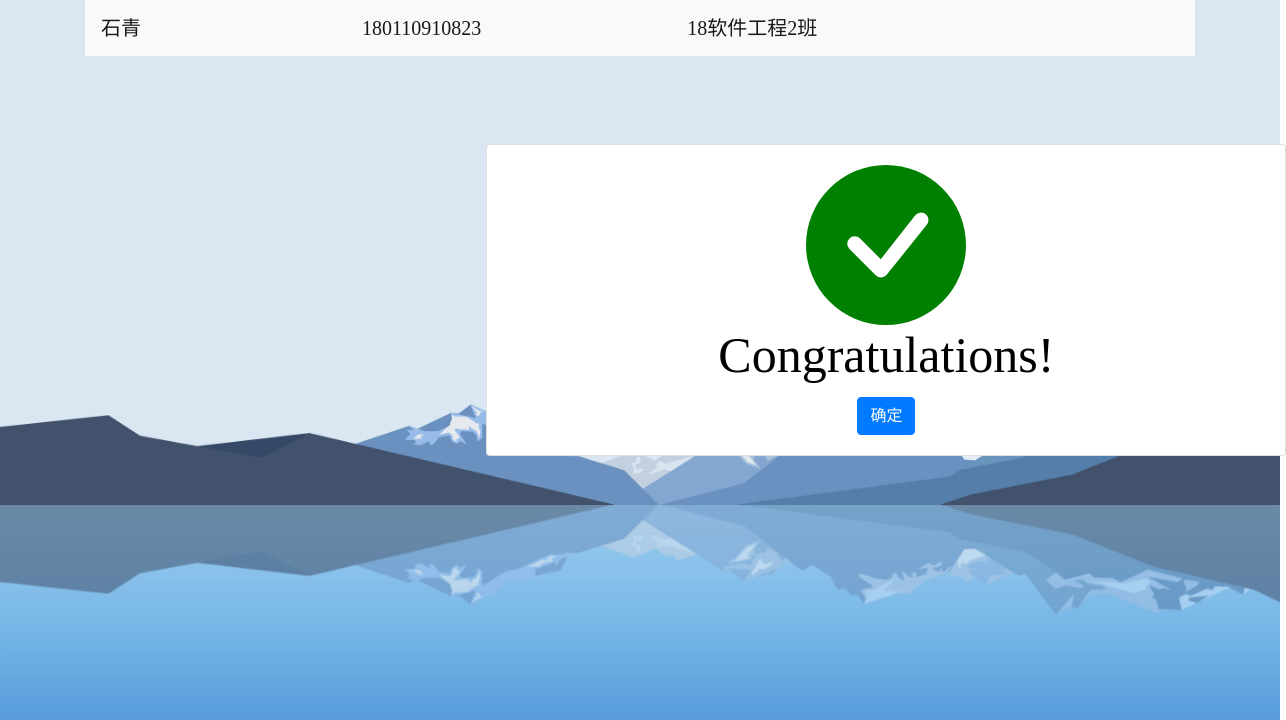
Repository: sqsssq/JavaWeb
Page: class1/IDEA/web/successful.html
These files come from the project's save history. The page is drawn as it stood at one moment and after the next save; the edit follows.
The browser window is 1280 px wide. The page is 1286 px wide, so the pictures cover 1286 px, including what lies to the right of the window. The pictures show the whole page.

Above is the page before, as saved 2020-09-25 00:46:04.

### class1/IDEA/web/successful.html
<!--
 * @Author: your name
 * @Date: 2020-09-23 10:46:47
 * @LastEditTime: 2020-09-25 00:46:04
 * @LastEditors: Please set LastEditors
 * @Description: In User Settings Edit
 * @FilePath: \IDEA\web\successful.html
-->
<!DOCTYPE html>
<html lang="en">

<head>
    <meta charset="UTF-8">
    <meta name="viewport" content="width=device-width, initial-scale=1, shrink-to-fit=no">
    <link rel="stylesheet" href="https://cdn.jsdelivr.net/npm/bootstrap@4.5.0/dist/css/bootstrap.min.css"
        integrity="sha384-9aIt2nRpC12Uk9gS9baDl411NQApFmC26EwAOH8WgZl5MYYxFfc+NcPb1dKGj7Sk" crossorigin="anonymous">
    <script src="https://cdn.jsdelivr.net/npm/jquery@3.5.1/dist/jquery.slim.min.js"
        integrity="sha384-DfXdz2htPH0lsSSs5nCTpuj/zy4C+OGpamoFVy38MVBnE+IbbVYUew+OrCXaRkfj" crossorigin="anonymous">
    </script>
    <script src="https://cdn.jsdelivr.net/npm/popper.js@1.16.0/dist/umd/popper.min.js"
        integrity="sha384-Q6E9RHvbIyZFJoft+2mJbHaEWldlvI9IOYy5n3zV9zzTtmI3UksdQRVvoxMfooAo" crossorigin="anonymous">
    </script>
    <script src="https://cdn.jsdelivr.net/npm/bootstrap@4.5.0/dist/js/bootstrap.min.js"
        integrity="sha384-OgVRvuATP1z7JjHLkuOU7Xw704+h835Lr+6QL9UvYjZE3Ipu6Tp75j7Bh/kR0JKI" crossorigin="anonymous">
    </script>

    <title>Title</title>
    <style>
        html {
            height: 100%;
        }

        body {
            height: 100%;
            background-image: url("./img/bcg2.jpg");
            background-repeat: no-repeat;
            background-size: 100% 100%;
            background-position: center center;
        }
    </style>
</head>

<body>
    <div class="container" style="font-family: 华文行楷;">
        <nav class="navbar navbar-expand-lg navbar-light bg-light">
            <a class="navbar-brand" href="#">石青
                &nbsp;&nbsp;&nbsp;&nbsp;&nbsp;&nbsp;&nbsp;&nbsp;&nbsp;&nbsp;&nbsp;&nbsp;&nbsp;&nbsp;&nbsp;&nbsp;&nbsp;&nbsp;&nbsp;&nbsp;&nbsp;&nbsp;&nbsp;&nbsp;&nbsp;&nbsp;&nbsp;&nbsp;&nbsp;&nbsp;&nbsp;&nbsp;&nbsp;&nbsp;&nbsp;&nbsp;&nbsp;&nbsp;&nbsp;&nbsp;</a>
            <a class="navbar-brand"
                href="#">180110910823&nbsp;&nbsp;&nbsp;&nbsp;&nbsp;&nbsp;&nbsp;&nbsp;&nbsp;&nbsp;&nbsp;&nbsp;&nbsp;&nbsp;&nbsp;&nbsp;&nbsp;&nbsp;&nbsp;&nbsp;&nbsp;&nbsp;&nbsp;&nbsp;&nbsp;&nbsp;&nbsp;&nbsp;&nbsp;&nbsp;&nbsp;&nbsp;&nbsp;&nbsp;&nbsp;&nbsp;&nbsp;&nbsp;</a>
            <a class="navbar-brand" href="#">18软件工程2班</a>

        </nav>
        <form method="post" action="loginAction.jsp">

            <!--    <form>-->
            <div class="card"
                style="width: 50rem; position:absolute; left: 38%; float: left; top: 20%; background-color: white;">
                <div class="card-body" style="text-align: center;">

                    <!-- <img src="..." class="card-img-top" alt="..."> -->
                    <svg width="10em" height="10em" viewBox="0 0 16 16" class="bi bi-check-circle-fill"
                        fill="green" xmlns="http://www.w3.org/2000/svg">
                        <path fill-rule="evenodd"
                            d="M16 8A8 8 0 1 1 0 8a8 8 0 0 1 16 0zm-3.97-3.03a.75.75 0 0 0-1.08.022L7.477 9.417 5.384 7.323a.75.75 0 0 0-1.06 1.06L6.97 11.03a.75.75 0 0 0 1.079-.02l3.992-4.99a.75.75 0 0 0-.01-1.05z" />
                    </svg>
                    <h3 class="card-title" style="color: black; font-size: 50px;">Congratulations!</h3>
                    <input class="btn btn-primary" value="确定" id="btn1" type="submit">
                    <!--            <input  class="btn btn-success" value="注册" id="btn2" type="submit">-->
                    <!--            <button class="btn btn-block" id="btn">登陆</button>-->
                </div>
            </div>
        </form>
    </div>
</body>

</html>

After the next save:
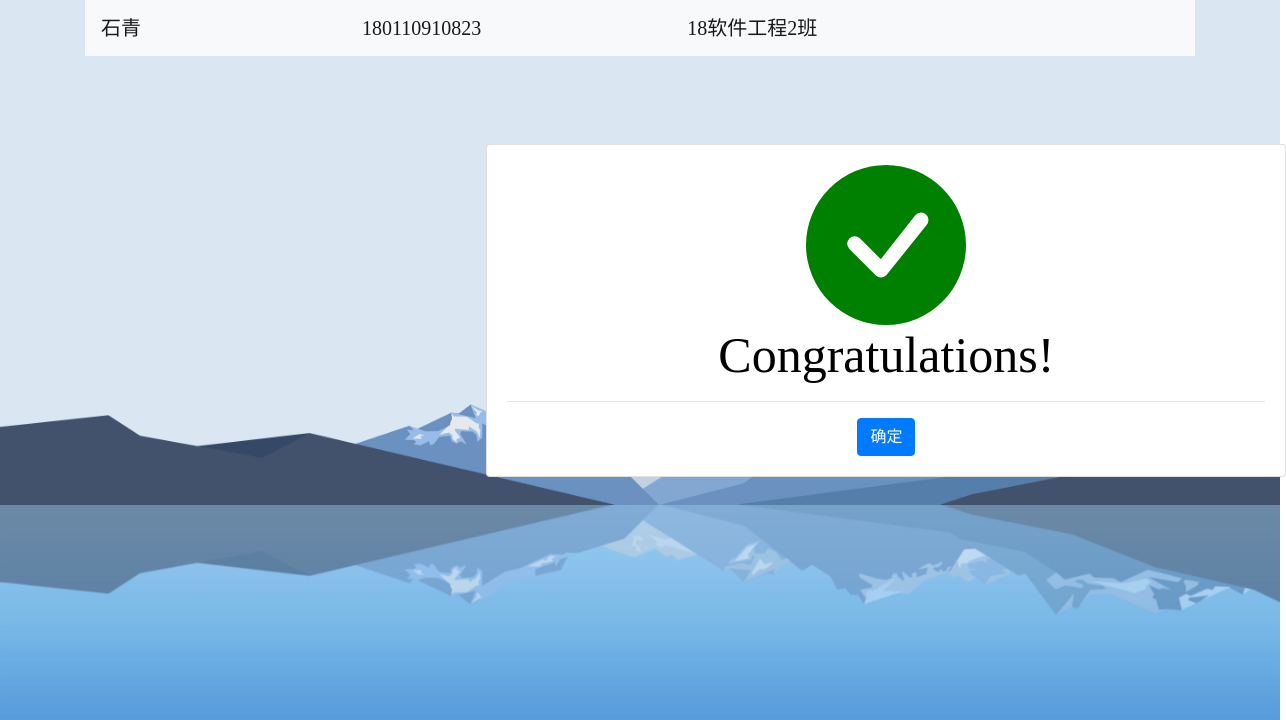
Saved 12 s later.
--- a/class1/IDEA/web/successful.html
+++ b/class1/IDEA/web/successful.html
@@ -1,7 +1,7 @@
 <!--
  * @Author: your name
  * @Date: 2020-09-23 10:46:47
- * @LastEditTime: 2020-09-25 00:46:04
+ * @LastEditTime: 2020-09-25 00:46:16
  * @LastEditors: Please set LastEditors
  * @Description: In User Settings Edit
  * @FilePath: \IDEA\web\successful.html
@@ -64,6 +64,7 @@
                             d="M16 8A8 8 0 1 1 0 8a8 8 0 0 1 16 0zm-3.97-3.03a.75.75 0 0 0-1.08.022L7.477 9.417 5.384 7.323a.75.75 0 0 0-1.06 1.06L6.97 11.03a.75.75 0 0 0 1.079-.02l3.992-4.99a.75.75 0 0 0-.01-1.05z" />
                     </svg>
                     <h3 class="card-title" style="color: black; font-size: 50px;">Congratulations!</h3>
+                    <hr>
                     <input class="btn btn-primary" value="确定" id="btn1" type="submit">
                     <!--            <input  class="btn btn-success" value="注册" id="btn2" type="submit">-->
                     <!--            <button class="btn btn-block" id="btn">登陆</button>-->
